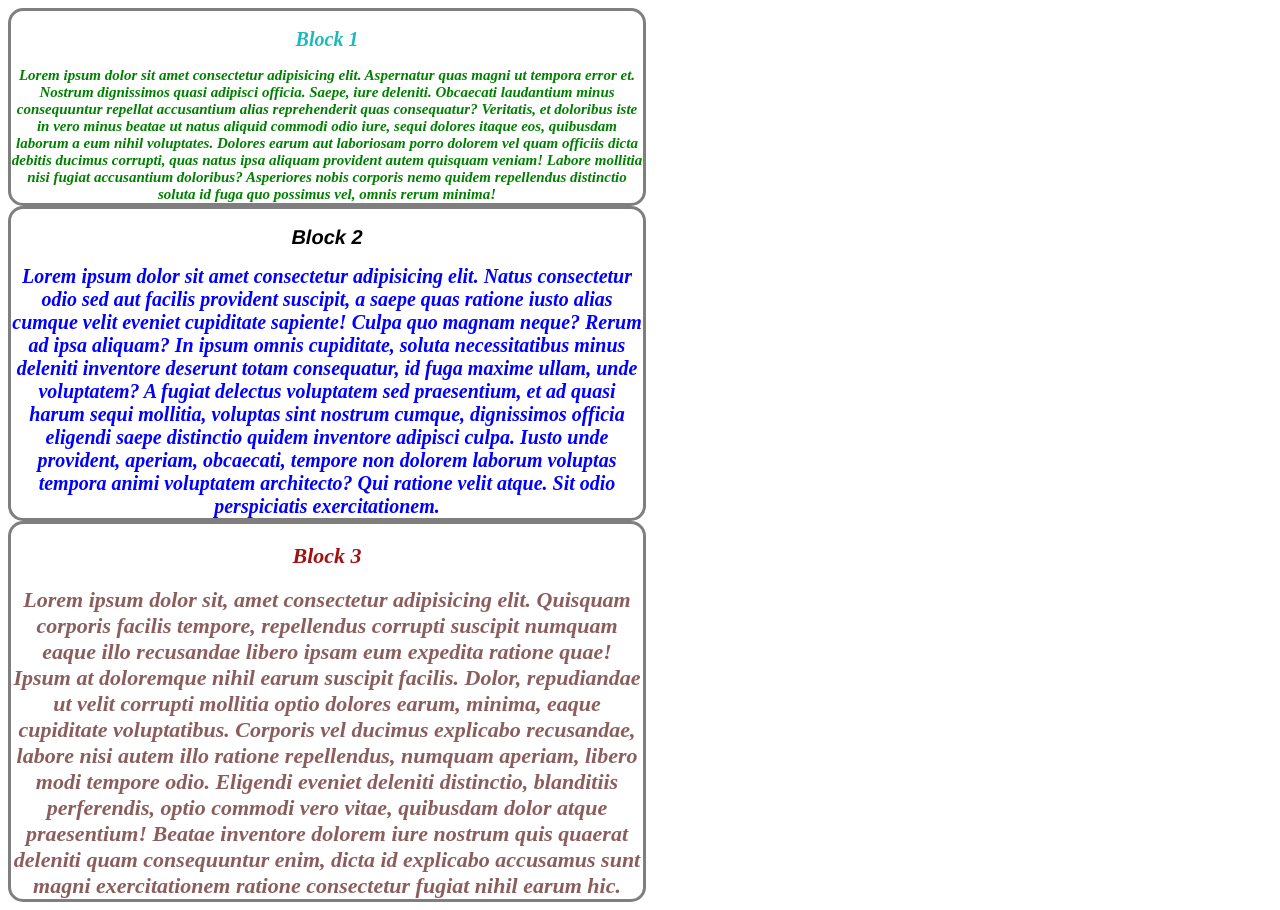
Repository: archangel88/elbrus_homework
Page: phase-0/week-3/day-3/css-fonts/index.html
An editor plug-in stored every save of this project. The page is shown before and after the next save, followed by the edit.
The browser window is 1280 px wide. The pictures show the whole page.

Above is the page before, as saved 2025-10-08 23:26:15.

### phase-0/week-3/day-3/css-fonts/index.html
<!DOCTYPE html>
<html lang="en">
<head>
    <meta charset="UTF-8">
    <meta name="viewport" content="width=device-width, initial-scale=1.0">
    <title>Document</title>
    <link rel="preconnect" href="https://fonts.googleapis.com">
<link rel="preconnect" href="https://fonts.gstatic.com" crossorigin>
<link href="https://fonts.googleapis.com/css2?family=IBM+Plex+Mono:ital,wght@0,100;0,200;0,300;0,400;0,500;0,600;0,700;1,100;1,200;1,300;1,400;1,500;1,600;1,700&display=swap" rel="stylesheet">
    <link rel="stylesheet" href="./style.css" />
</head>
<body>
   <div class="n1">
    <h2>
        Block 1
    </h2>
        Lorem ipsum dolor sit amet consectetur adipisicing elit. Aspernatur quas magni ut tempora error et. Nostrum dignissimos quasi adipisci officia. Saepe, iure deleniti. Obcaecati laudantium minus consequuntur repellat accusantium alias reprehenderit quas consequatur? Veritatis, et doloribus iste in vero minus beatae ut natus aliquid commodi odio iure, sequi dolores itaque eos, quibusdam laborum a eum nihil voluptates. Dolores earum aut laboriosam porro dolorem vel quam officiis dicta debitis ducimus corrupti, quas natus ipsa aliquam provident autem quisquam veniam! Labore mollitia nisi fugiat accusantium doloribus? Asperiores nobis corporis nemo quidem repellendus distinctio soluta id fuga quo possimus vel, omnis rerum minima!
   </div>
   <div class="n2">
    <h2>
        Block 2
    </h2>
        Lorem ipsum dolor sit amet consectetur adipisicing elit. Natus consectetur odio sed aut facilis provident suscipit, a saepe quas ratione iusto alias cumque velit eveniet cupiditate sapiente! Culpa quo magnam neque? Rerum ad ipsa aliquam? In ipsum omnis cupiditate, soluta necessitatibus minus deleniti inventore deserunt totam consequatur, id fuga maxime ullam, unde voluptatem? A fugiat delectus voluptatem sed praesentium, et ad quasi harum sequi mollitia, voluptas sint nostrum cumque, dignissimos officia eligendi saepe distinctio quidem inventore adipisci culpa. Iusto unde provident, aperiam, obcaecati, tempore non dolorem laborum voluptas tempora animi voluptatem architecto? Qui ratione velit atque. Sit odio perspiciatis exercitationem.
   </div>
   <div class="n3">
    <h2>
        Block 3
    </h2>
        Lorem ipsum dolor sit, amet consectetur adipisicing elit. Quisquam corporis facilis tempore, repellendus corrupti suscipit numquam eaque illo recusandae libero ipsam eum expedita ratione quae! Ipsum at doloremque nihil earum suscipit facilis. Dolor, repudiandae ut velit corrupti mollitia optio dolores earum, minima, eaque cupiditate voluptatibus. Corporis vel ducimus explicabo recusandae, labore nisi autem illo ratione repellendus, numquam aperiam, libero modi tempore odio. Eligendi eveniet deleniti distinctio, blanditiis perferendis, optio commodi vero vitae, quibusdam dolor atque praesentium! Beatae inventore dolorem iure nostrum quis quaerat deleniti quam consequuntur enim, dicta id explicabo accusamus sunt magni exercitationem ratione consectetur fugiat nihil earum hic.
   </div>
</body>
</html>

### phase-0/week-3/day-3/css-fonts/style.css
div {
    display: inline-block;
    text-align:center;
    width: 50%;
    border: 3px solid rgb(0,0,0,0.5);
    border-radius: 15px;
    vertical-align: top;
}

.n1{
    font-family: IBM, bottom;
    font-weight: 900;
    font-style: oblique;
    font-size: 15px;
    color: green;
}

.n1 h2{
   font-family: 'Times New Roman', bottom;
    font-weight: 900;
    font-style: oblique;
    font-size: 20px;
    color: rgb(27, 187, 187);
}

.n2{
    font-family: IBM, bottom;
    font-weight: 900;
    font-style: oblique;
    font-size: 20px;
    color: blue;
}

.n2 h2{
    font-family: 'Franklin Gothic Medium';
    font-weight: 900;
    font-style: oblique;
    font-size: 20px;
    color: black;
}

.n3{
    font-family: Plex, bottom;
    font-weight: 900;
    font-style: oblique;
    font-size: 22px;
    color: rgb(140, 93, 93);
}

.n3 h2{
   font-family: Mono, bottom;
    font-weight: 900;
    font-style: oblique;
    font-size: 22px;
    color: rgb(161, 19, 19);
}

After the next save:
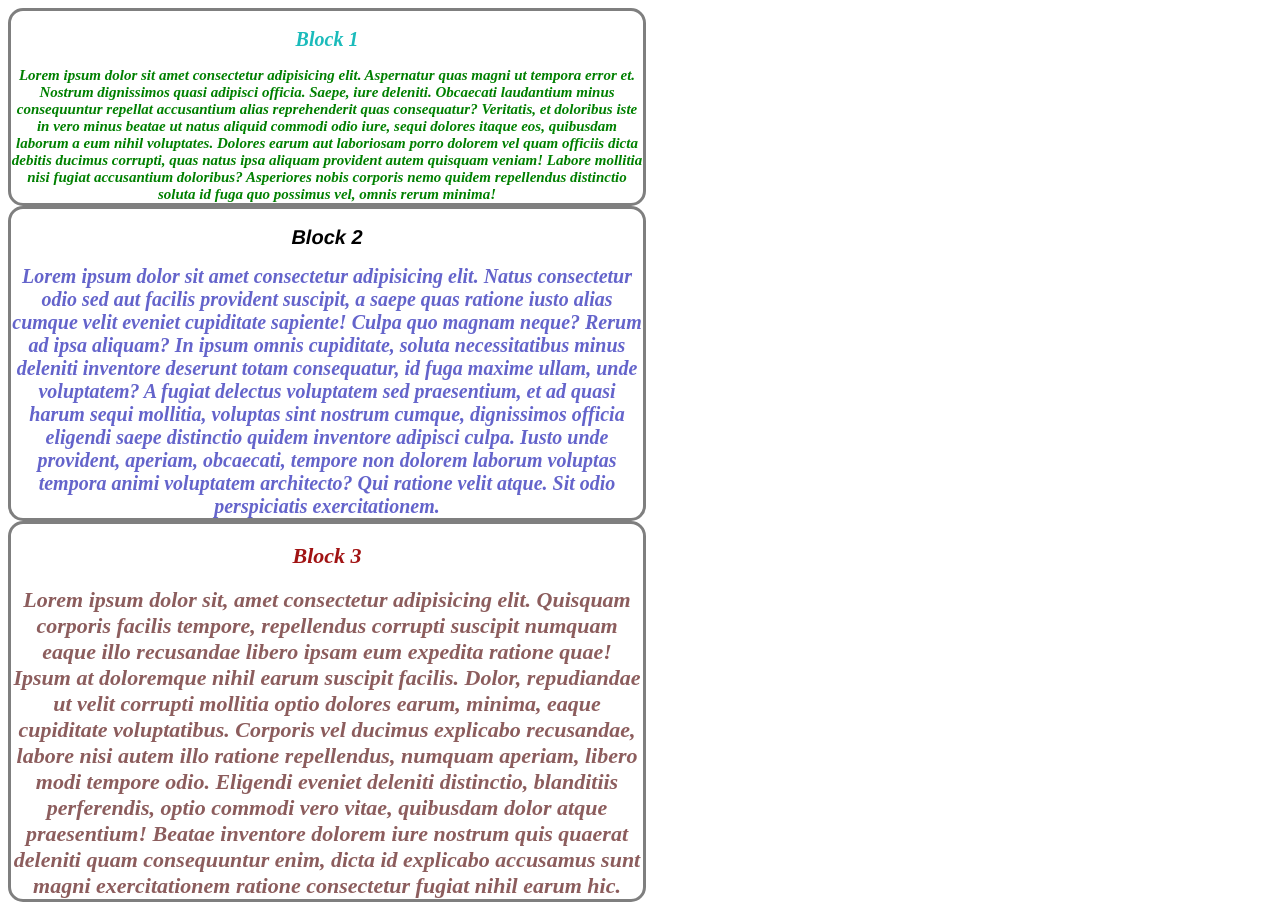
Saved 18 s later.
--- a/phase-0/week-3/day-3/css-fonts/style.css
+++ b/phase-0/week-3/day-3/css-fonts/style.css
@@ -28,7 +28,7 @@ div {
     font-weight: 900;
     font-style: oblique;
     font-size: 20px;
-    color: blue;
+    color: rgb(100, 100, 203);
 }
 
 .n2 h2{
